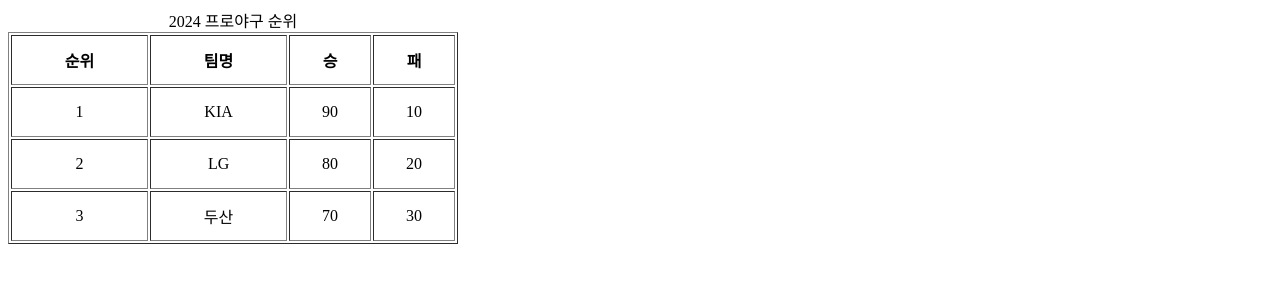
Repository: Cheol-Cheol/KOSA
Page: Kcc_web/Html/WebContent/table.html
These files come from the project's save history. The page is drawn as it stood at one moment and after the next save; the edit follows.
The browser window is 1280 px wide. The pictures show the whole page.

Above is the page before, as saved 2024-07-08 05:28:50.

After the next save:
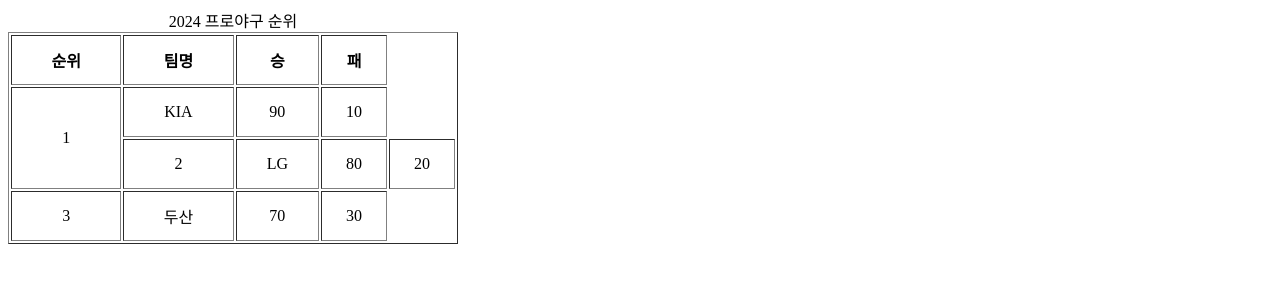
Saved 10 s later.
--- a/Kcc_web/Html/WebContent/table.html
+++ b/Kcc_web/Html/WebContent/table.html
@@ -17,7 +17,7 @@
 		</thead>
 		<tbody>
 			<tr height="50" align="center">
-				<td rowspan = "1"'>1</td>
+				<td rowspan="2"'>1</td>
 				<td>KIA</td>
 				<td>90</td>
 				<td>10</td>
